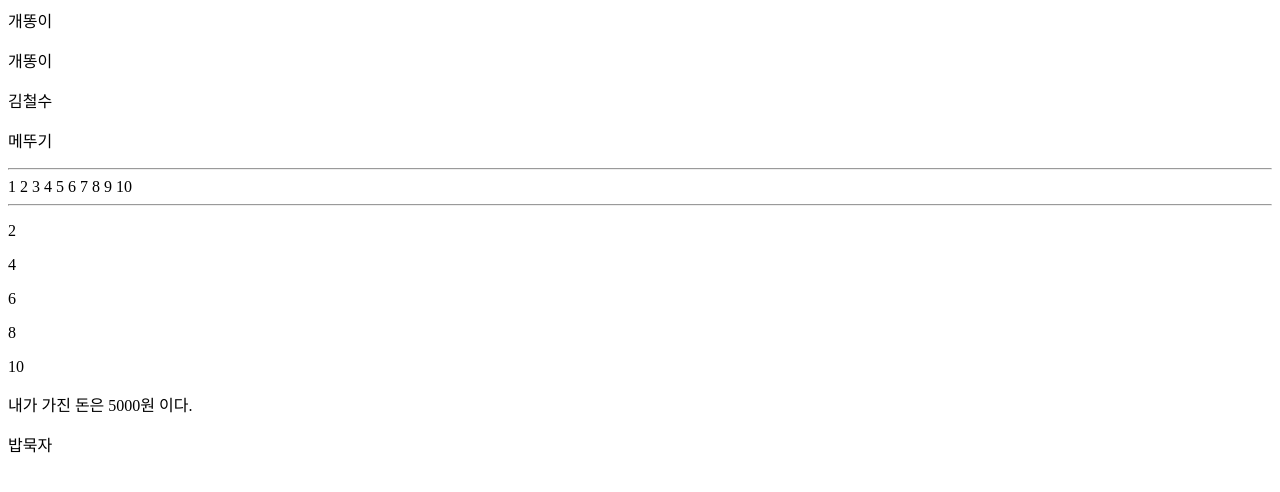
Repository: potatoy1/learning-jsp
Page: http://localhost/JSPBook/ch03/taglib.jsp
These files come from the project's save history. The page is drawn as it stood at one moment and after the next save; the edit follows.
The browser window is 1280 px wide. The pictures show the whole page.
The page is served by Tomcat 9. Other server files are loaded and not shown.

Above is the page before, as saved 2022-09-27 07:31:54.

### JSPBook/WebContent/ch03/taglib.jsp
<%@ page contentType="text/html; charset=UTF-8"%>
<%@ taglib prefix="c" uri="http://java.sun.com/jsp/jstl/core" %>
<%@page import="java.util.ArrayList"%>
<%@page import="java.util.List"%>
<!-- JSTL의 Core태그를 사용하기 위해 taglib 태그 작성 -->
<!DOCTYPE html>
<html>
<head>
<title>Directives Tag</title>
</head>
<body>
	<%
		// String str = "개똥이";
	%>
	<c:set var="str" value="개똥이" />
	<c:out value="${str}" />
	<%
		// List : 인터페이스(껍데기)
		// ArrayList : 클래스(껍데기를 채움. 구현)
		List list = new ArrayList<String>();
		list.add("개똥이");
		list.add("김철수");
		list.add("메뚜기");
	%>
	<!-- items <-Collection -->
	<c:forEach var="item" items="<%=list %>" >
		<p>${item}</p>
	</c:forEach>
	<hr />
	<!-- 변수 k가 1부터 10까지 1씩 증가하도록 JSTL의 Core태그 반복문 작성-->
	<c:forEach var="k" begin="1" end="10" step="1">
		<c:out value="${k}" />
	</c:forEach>
	<hr />
	<!-- 변수 k가 1부터 10까지 1씩 증가하도록 JSTL의 Core태그 반복문 작성. 단, 짝수일때만 출력-->
	<c:forEach var="k" begin="1" end="10" step="1">
		<c:if test="${k%2 ==0}">
			<p>${k}</p>
		</c:if>
	</c:forEach>
	<!-- choose 연습 -->
	<!-- scope(영역)
		page : JSP 페이지 내에서만 공유
		request : 같은 요청 내에서만 공유
		session : 같은 웹브라우저 내에서만 공유
		application : 다른 웹브라우저 서로 공유
	-->
	<c:set var ="money" value="5000" scope="page" />
	<p>내가 가진 돈은 ${money}원 이다.</p>
	<c:choose>
		<c:when test="${money<=0}">무일푼</c:when>
		<c:when test="${money<5000}">커피 세 잔의 여유 가능</c:when>
		<c:otherwise>밥묵자</c:otherwise>
	</c:choose>
</body>
</html>

After the next save:
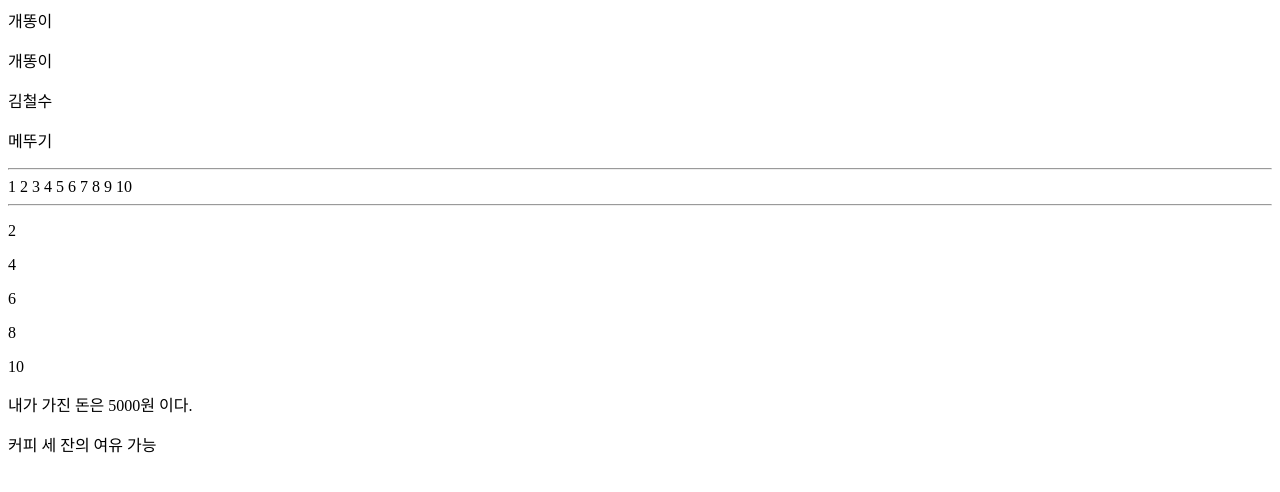
Saved 15 s later.
--- a/JSPBook/WebContent/ch03/taglib.jsp
+++ b/JSPBook/WebContent/ch03/taglib.jsp
@@ -49,7 +49,7 @@
 	<p>내가 가진 돈은 ${money}원 이다.</p>
 	<c:choose>
 		<c:when test="${money<=0}">무일푼</c:when>
-		<c:when test="${money<5000}">커피 세 잔의 여유 가능</c:when>
+		<c:when test="${money<=5000}">커피 세 잔의 여유 가능</c:when>
 		<c:otherwise>밥묵자</c:otherwise>
 	</c:choose>
 </body>
